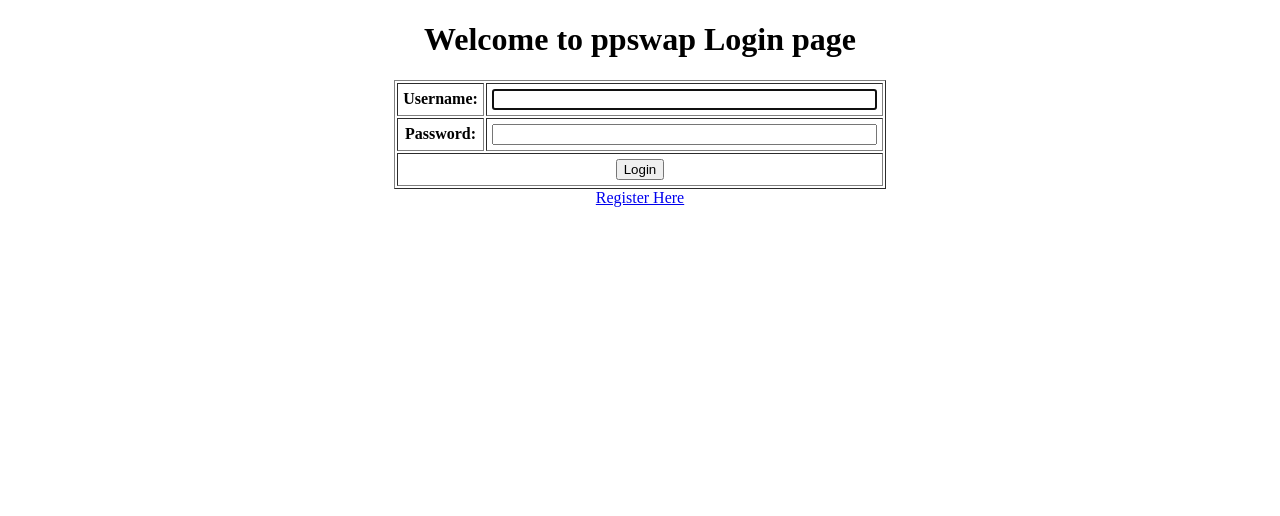
Repository: DBMS-Project-1/Part-1
Page: http://localhost/database/
An editor plug-in stored every save of this project. The page is shown before and after the next save, followed by the edit.
The browser window is 1280 px wide. The pictures show the whole page.
The page is served by Tomcat 9.

Above is the page before, as saved 2023-10-06 01:52:52.

After the next save:
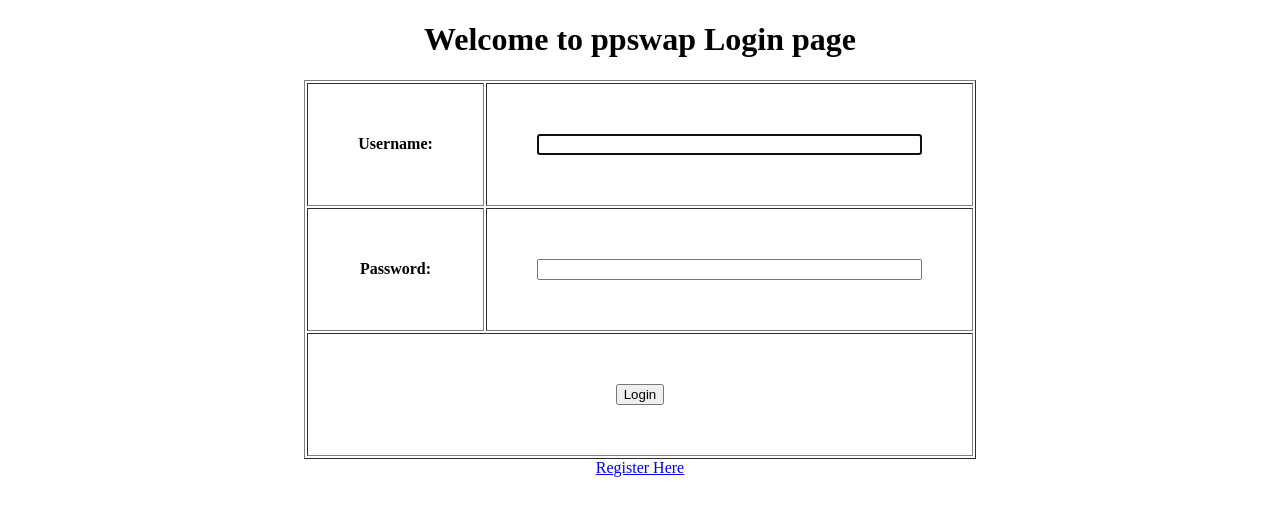
Saved 45 min 50 s later.
--- a/database/WebContent/login.jsp
+++ b/database/WebContent/login.jsp
@@ -11,7 +11,7 @@
 	<div align="center">
 		<p> ${loginFailedStr} </p>
 		<form action="login" method="post">
-			<table border="1" cellpadding="5">
+			<table border="1" cellpadding="50">
 				<tr>
 					<th>Username: </th>
 					<td>
